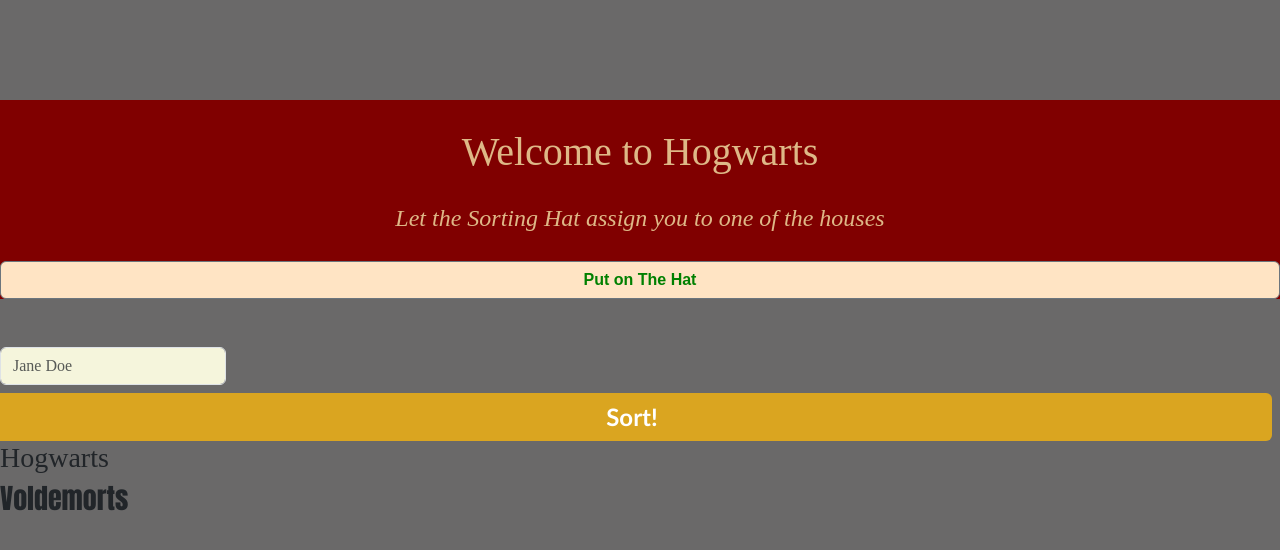
Repository: fernandabenavides618nash/INDIVIDUAL-PROJECT-sorting-hat
Page: index.html
The author's editor kept a copy of each file at every save. The page is drawn from the files as they stood at one save, then again after the next save.
The browser window is 1280 px wide. The pictures show the whole page.
After loading, the first visible `#startButton` was clicked once.

Above is the page before, as saved 2023-05-04 21:12:34.

After the next save:
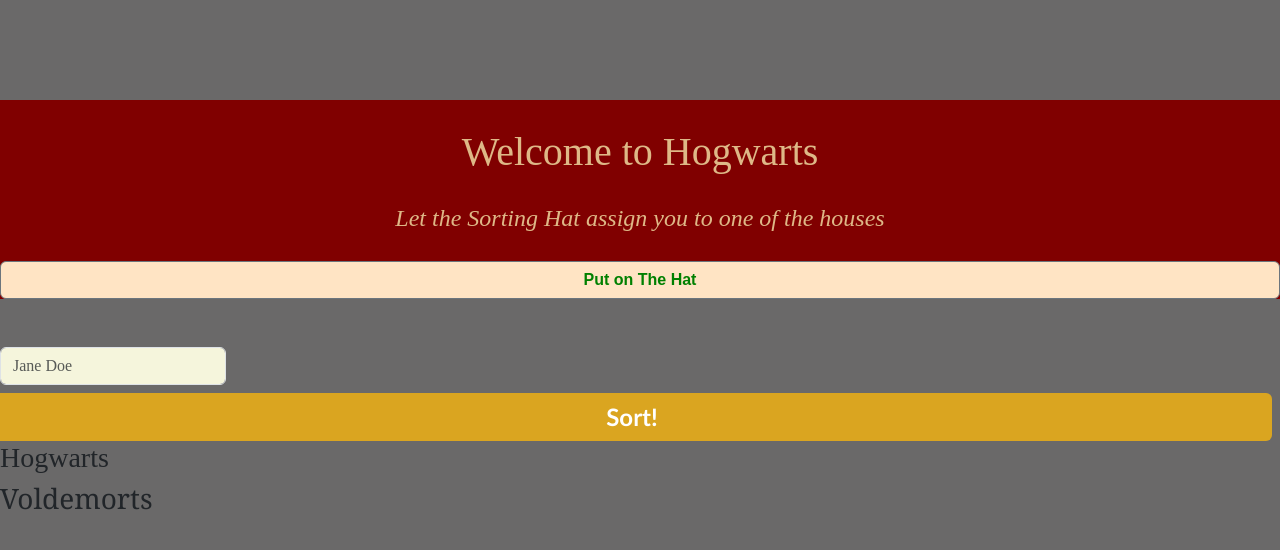
Saved 95 s later.
--- a/main.css
+++ b/main.css
@@ -60,7 +60,7 @@
 }
 
 .expelled {
-  font-family: Impact, Haettenschweiler, 'Arial Narrow Bold', sans-serif;
+  font-family:Georgia, 'Times New Roman', Times, serif
 }
 
 .colorRed{
@@ -117,5 +117,3 @@
   font-size: xx-large;
   font-weight: bolder;
   }
-
-  .card-body
